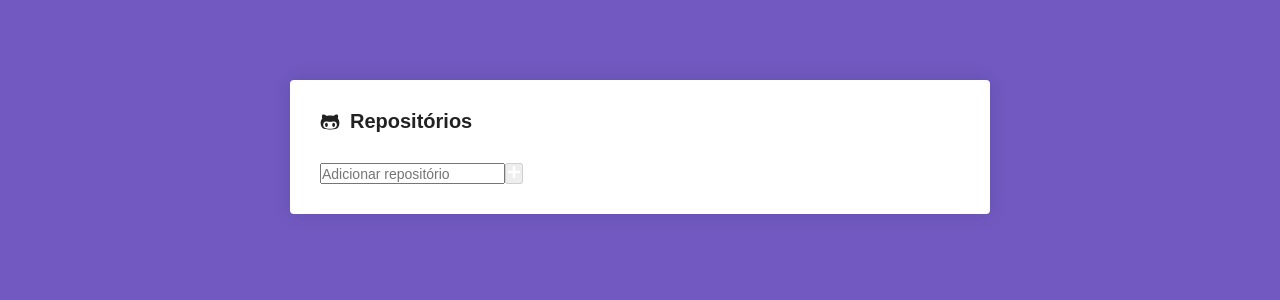
Repository: renanalves/github-repository
Page: /
The author's editor kept a copy of each file at every save. The page is drawn from the files as they stood at one save, then again after the next save.
The browser window is 1280 px wide. The pictures show the whole page.
The project was rebuilt for these pictures with package versions that can differ from the ones it lists, and the page was loaded fresh each time. Also part of the build but not shown: src/pages/Repository/index.js.

Above is the page before, as saved 2020-03-13 11:08:41.

### src/routes.js
import React from 'react';
import { BrowserRouter, Switch, Route } from 'react-router-dom';

import Main from './pages/Main';
import Repository from './pages/Repository';

export default function Routes() {
  return (
    <BrowserRouter>
      <Switch>
        <Route exact path="/" component={Main} />
        <Route path="/repository" component={Repository} />
      </Switch>
    </BrowserRouter>
  );
}

### src/pages/Main/index.js
import React from 'react';

import { FaGithubAlt, FaPlus } from 'react-icons/fa';

import { Container, Form, SubmitButton } from './styles';

export default function Main() {
  return (
    <Container>
      <h1>
        <FaGithubAlt />
        Repositórios
      </h1>
      <Form onSubmit={() => { }}>
        <input type="text" placeholder="Adicionar repositório" />

        <SubmitButton disabled>
          <FaPlus color="#fff" size={14} />
        </SubmitButton>
      </Form>
    </Container>
  );
}

### src/pages/Main/styles.js
import styled from 'styled-components';

export const Container = styled.div`
  max-width: 700px;
  background: #fff;
  border-radius: 4px;
  box-shadow: 0 0 20px rgba(0, 0, 0, 0.1);
  padding: 30px;
  margin: 80px auto;

  h1 {
    font-size: 20px;
    display: flex;
    flex-direction: row;
    align-items: center;

    svg {
      margin-right: 10px;
    }
  }
`;

export const Form = styled.form`
  margin-top: 30px;
  display: flex;
  flex-direction: row;
`;

export const SubmitButton = styled.button``;

Loaded but not shown: public/index.html (common file); src/index.js (common file); src/App.js (common file); src/styles/global.js (common file)

After the next save:
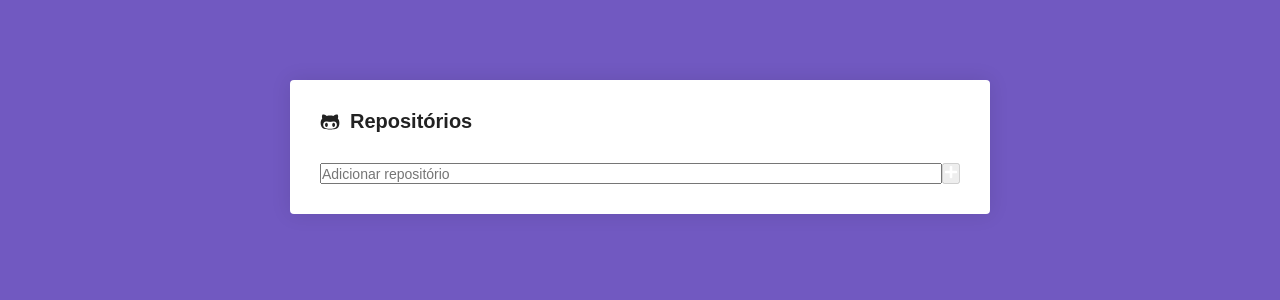
Saved 36 s later.
--- a/src/pages/Main/styles.js
+++ b/src/pages/Main/styles.js
@@ -24,6 +24,10 @@ export const Form = styled.form`
   margin-top: 30px;
   display: flex;
   flex-direction: row;
+
+  input {
+    flex: 1;
+  }
 `;
 
 export const SubmitButton = styled.button``;
